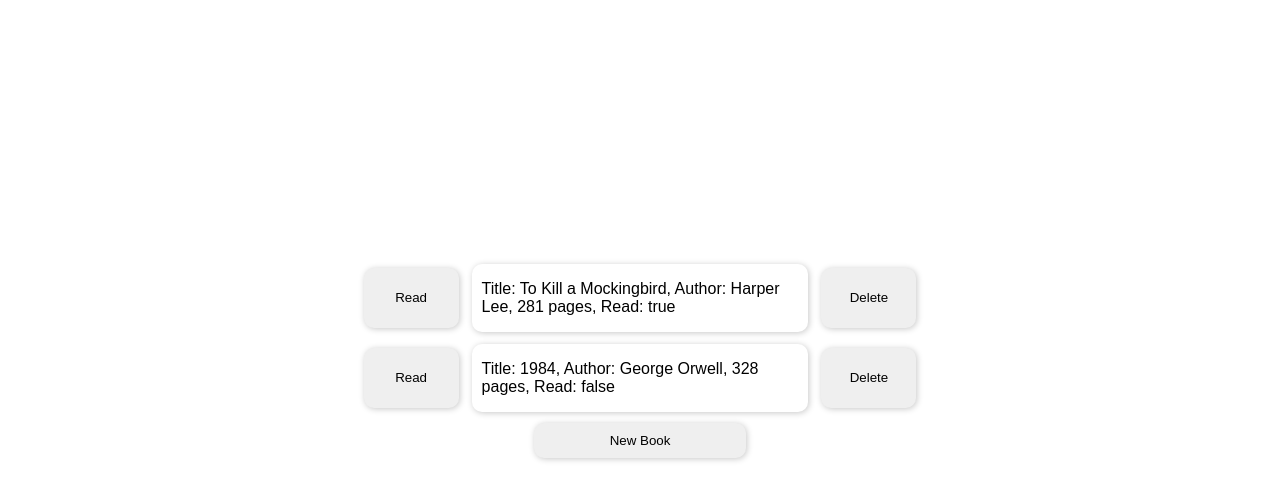
Repository: kocokoy/library
Page: index.html
The author's editor kept a copy of each file at every save. The page is drawn from the files as they stood at one save, then again after the next save.
The browser window is 1280 px wide. The pictures show the whole page.

Above is the page before, as saved 2024-11-06 14:14:32.

After the next save:
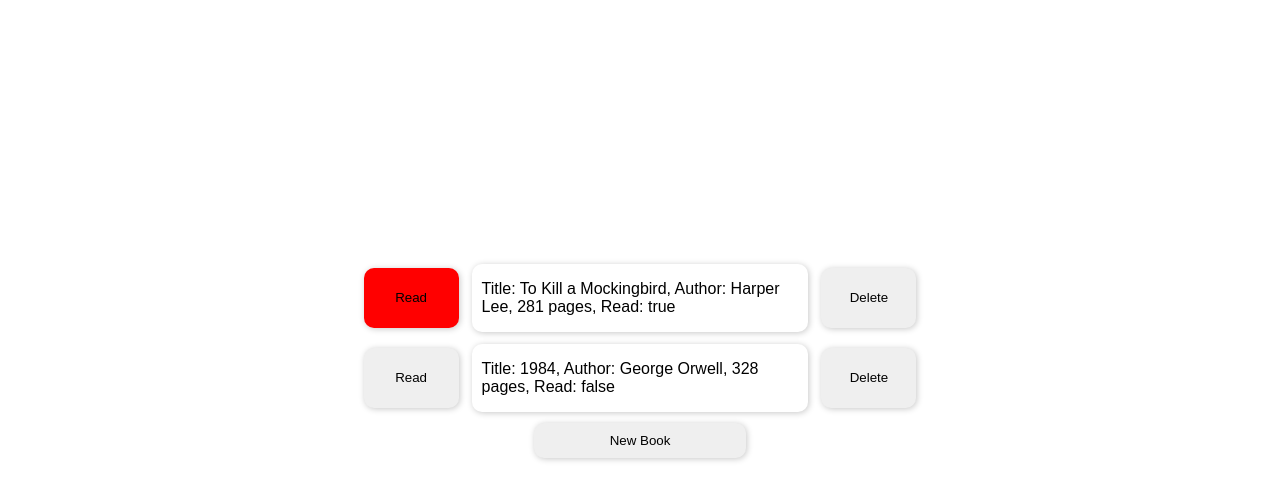
Saved 3 s later.
--- a/script.js
+++ b/script.js
@@ -67,7 +67,9 @@ function displayBookToLibrary(){
     bookDisplayElement.appendChild(div);
     const readButtonElement = document.querySelector('.jsReadButton');
     if(book.read){
-      readButtonElement
+      readButtonElement.classList.add('book-read');
+    }else{
+      readButtonElement.classList.add('book-not-read');
     }
 
   })
